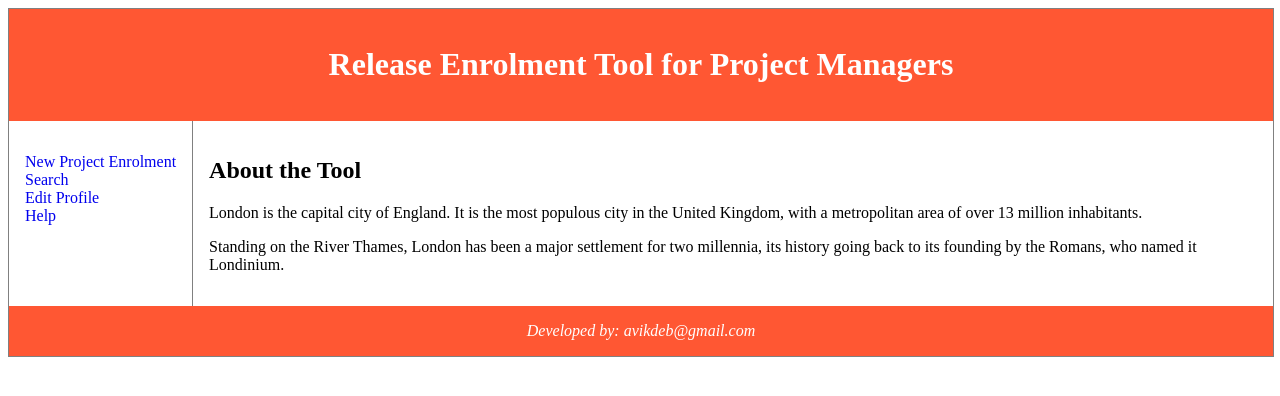
Repository: guribrar/enrolmentapp
Page: http://localhost/enrolmentapp/testlogin.jsp
An editor plug-in stored every save of this project. The page is shown before and after the next save, followed by the edit.
The browser window is 1280 px wide. The pictures show the whole page.
The page is served by Tomcat 9. Other server files are loaded and not shown.

Above is the page before, as saved 2016-12-31 15:03:03.

### enrolmentapp/WebContent/testlogin.jsp
<%@ page language="java" contentType="text/html; charset=ISO-8859-1"
    pageEncoding="ISO-8859-1"%>

<%@ taglib uri="http://java.sun.com/jsp/jstl/sql" prefix="sql" %>
<%@ taglib uri="http://java.sun.com/jsp/jstl/core" prefix="c" %>

<!DOCTYPE html>
<html>
<head>
<style>
div.container {
    width: 100%;
    border: 1px solid gray;
}

header, footer {
    padding: 1em;
    color: white;
    background-color: #FF5733;
    clear: left;
    text-align: center;
}

nav {
    float: left;
    max-width: 160px;
    margin: 0;
    padding: 1em;
}

nav ul {
    list-style-type: none;
    padding: 0;
}

nav ul a {
    text-decoration: none;
}

article {
    margin-left: 170px;
    border-left: 1px solid gray;
    padding: 1em;
    overflow: hidden;
}
</style>
</head>
<body>

<div class="container">

<header>
   <h1>Release Enrolment Tool for Project Managers</h1>
</header>

<nav>
  <ul>
    <li><a href="#">New Project Enrolment</a></li>
    <li><a href="#">Search</a></li>
    <li><a href="#">Edit Profile</a></li>
    <li><a href="#">Help</a></li>
  </ul>
</nav>

<article>
  <h1>About the Tool</h1>
  <p>London is the capital city of England. It is the most populous city in the  United Kingdom, with a metropolitan area of over 13 million inhabitants.</p>
  <p>Standing on the River Thames, London has been a major settlement for two millennia, its history going back to its founding by the Romans, who named it Londinium.</p>
</article>

<footer><i>Developed by: avikdeb@gmail.com</i></footer>

</div>

</body>
</html>

After the next save:
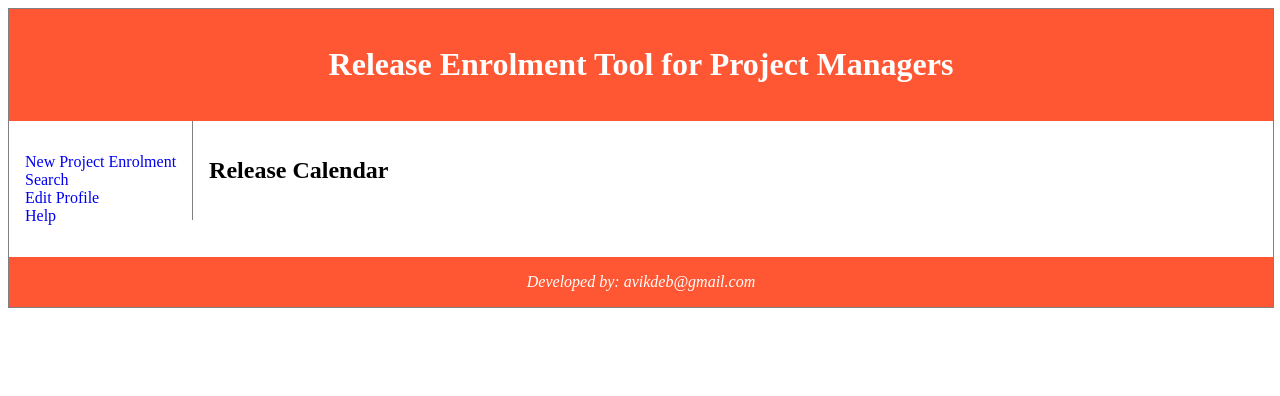
Saved 28 min 8 s later.
--- a/enrolmentapp/WebContent/testlogin.jsp
+++ b/enrolmentapp/WebContent/testlogin.jsp
@@ -63,9 +63,9 @@ article {
 </nav>
 
 <article>
-  <h1>About the Tool</h1>
-  <p>London is the capital city of England. It is the most populous city in the  United Kingdom, with a metropolitan area of over 13 million inhabitants.</p>
-  <p>Standing on the River Thames, London has been a major settlement for two millennia, its history going back to its founding by the Romans, who named it Londinium.</p>
+  <h1>Release Calendar</h1>
+  <p>
+
 </article>
 
 <footer><i>Developed by: avikdeb@gmail.com</i></footer>
